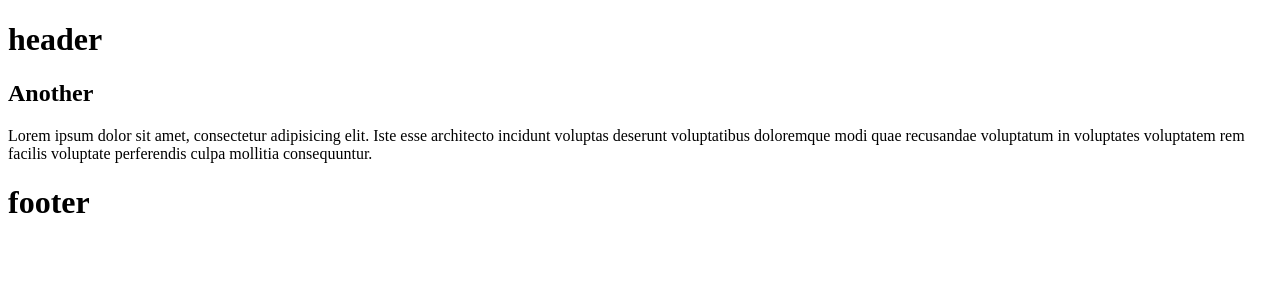
Repository: kianpas/KH_Server
Page: http://localhost/01_helloweb/jsp/another.jsp
The author's editor kept a copy of each file at every save. The page is drawn from the files as they stood at one save, then again after the next save.
The browser window is 1280 px wide. The pictures show the whole page.
The page is served by Tomcat 9. Other server files are loaded and not shown.

Above is the page before, as saved 2021-03-24 12:28:17.

### 01_helloweb/WebContent/jsp/another.jsp
<%@ page language="java" contentType="text/html; charset=UTF-8"
    pageEncoding="UTF-8"%>

<%@ include file="/jsp/header.jsp" %>
		<h1>Another</h1>
		<a href="/web/jsp/another.jsp"></a>
		<p>Lorem ipsum dolor sit amet, consectetur adipisicing elit. Iste
			esse architecto incidunt voluptas deserunt voluptatibus doloremque
			modi quae recusandae voluptatum in voluptates voluptatem rem facilis
			voluptate perferendis culpa mollitia consequuntur.</p>

	<%@ include file="/jsp/footer.jsp"%>

### 01_helloweb/WebContent/jsp/header.jsp
<%@ page language="java" contentType="text/html; charset=UTF-8"
    pageEncoding="UTF-8"%>
<!DOCTYPE html>
<html>
<head>
<meta charset="UTF-8">
<title>jsp</title>
</head>
<body>
<!-- header.jsp 시작 -->
	<header>
		<h1>header</h1>
	</header>
<section>
<!-- header.jsp 끝 -->

### 01_helloweb/WebContent/jsp/footer.jsp
<%@ page language="java" contentType="text/html; charset=UTF-8"
    pageEncoding="UTF-8"%>
    <!-- footer.jsp 시작 -->
</section>
	<footer>
		<h1>footer</h1>
	</footer>
</body>
</html>
<!-- footer.jsp 끝 -->

After the next save:
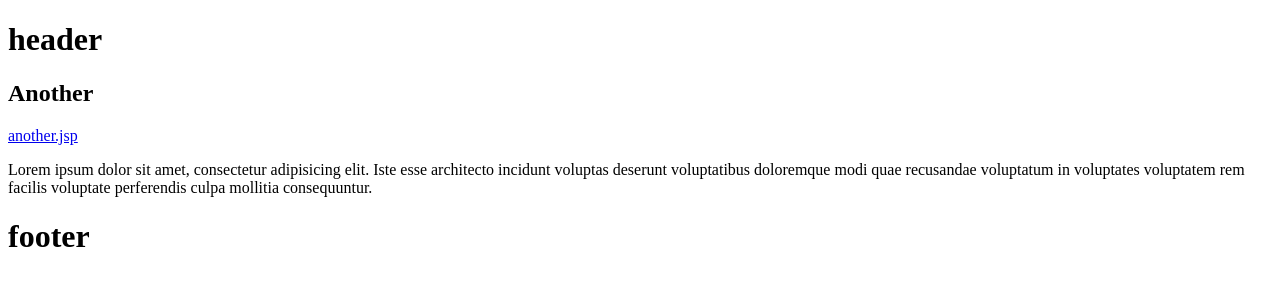
Saved 5 s later.
--- a/01_helloweb/WebContent/jsp/another.jsp
+++ b/01_helloweb/WebContent/jsp/another.jsp
@@ -3,7 +3,7 @@
 
 <%@ include file="/jsp/header.jsp" %>
 		<h1>Another</h1>
-		<a href="/web/jsp/another.jsp"></a>
+		<a href="/web/jsp/another.jsp">another.jsp</a>
 		<p>Lorem ipsum dolor sit amet, consectetur adipisicing elit. Iste
 			esse architecto incidunt voluptas deserunt voluptatibus doloremque
 			modi quae recusandae voluptatum in voluptates voluptatem rem facilis
